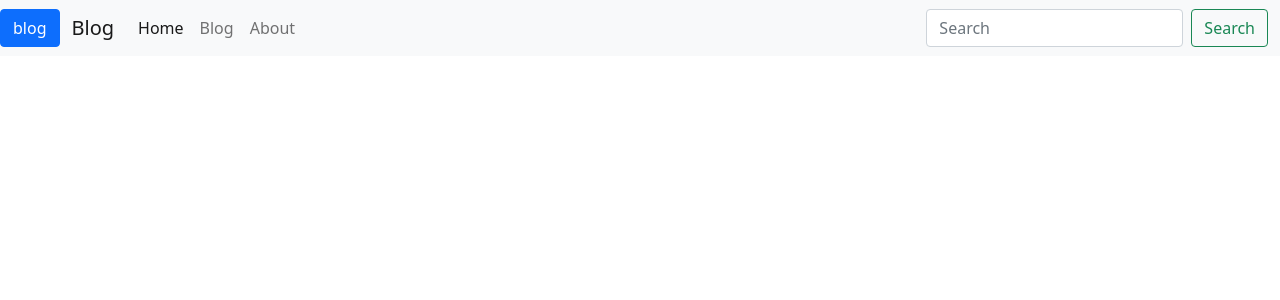
Repository: syni18/bootstrap_blog
Page: index.html
These files come from the project's save history. The page is drawn as it stood at one moment and after the next save; the edit follows.
The browser window is 1280 px wide. The pictures show the whole page.

Above is the page before, as saved 2023-10-25 20:37:15.

### index.html
<!DOCTYPE html>
<html lang="en">
  <head>
    <meta charset="UTF-8" />
    <meta name="viewport" content="width=device-width, initial-scale=1.0" />
    <link
      href="https://cdn.jsdelivr.net/npm/bootstrap@5.0.2/dist/css/bootstrap.min.css"
      rel="stylesheet"
      integrity="sha384-EVSTQN3/azprG1Anm3QDgpJLIm9Nao0Yz1ztcQTwFspd3yD65VohhpuuCOmLASjC"
      crossorigin="anonymous"
    />
    <script
      src="https://cdn.jsdelivr.net/npm/bootstrap@5.0.2/dist/js/bootstrap.bundle.min.js"
      integrity="sha384-MrcW6ZMFYlzcLA8Nl+NtUVF0sA7MsXsP1UyJoMp4YLEuNSfAP+JcXn/tWtIaxVXM"
      crossorigin="anonymous"
    ></script>
    <title>Blogging</title>
  </head>
  <body>
    <nav class="navbar navbar-expand-lg navbar-light bg-light">
      <button
        class="btn btn-primary"
        type="button"
        data-bs-toggle="offcanvas"
        data-bs-target="#offcanvasScrolling"
        aria-controls="offcanvasScrolling"
      >
        blog
      </button>

      <div
        class="offcanvas offcanvas-start"
        data-bs-scroll="true"
        data-bs-backdrop="false"
        tabindex="-1"
        id="offcanvasScrolling"
        aria-labelledby="offcanvasScrollingLabel"
      >
        <div class="offcanvas-header">
          <h5 class="offcanvas-title" id="offcanvasScrollingLabel">
            Offcanvas with body scrolling
          </h5>
          <button
            type="button"
            class="btn-close"
            data-bs-dismiss="offcanvas"
            aria-label="Close"
          ></button>
        </div>
        <div class="offcanvas-body">
          <p>
            Try scrolling the rest of the page to see this option in action.
          </p>
        </div>
      </div>
      <div class="container-fluid">
        <a class="navbar-brand" href="#"> Blog </a>
        <button
          class="navbar-toggler"
          type="button"
          data-bs-toggle="collapse"
          data-bs-target="#navbarSupportedContent"
          aria-controls="navbarSupportedContent"
          aria-expanded="false"
          aria-label="Toggle navigation"
        >
          <span class="navbar-toggler-icon"></span>
        </button>
        <div class="collapse navbar-collapse" id="navbarSupportedContent">
          <ul class="navbar-nav me-auto mb-2 mb-lg-0">
            <li class="nav-item">
              <a class="nav-link active" aria-current="page" href="#"> Home </a>
            </li>
            <li class="nav-item">
              <a class="nav-link" href="#"> Blog </a>
            </li>
            <!-- <li class="nav-item dropdown">
              <a
                class="nav-link dropdown-toggle"
                href="#"
                id="navbarDropdown"
                role="button"
                data-bs-toggle="dropdown"
                aria-expanded="false"
              >
                Dropdown
              </a>
              <ul class="dropdown-menu" aria-labelledby="navbarDropdown">
                <li>
                  <a class="dropdown-item" href="#">
                    Action
                  </a>
                </li>
                <li>
                  <a class="dropdown-item" href="#">
                    Another action
                  </a>
                </li>
                <li>
                  <hr class="dropdown-divider" />
                </li>
                <li>
                  <a class="dropdown-item" href="#">
                    Something else here
                  </a>
                </li>
              </ul>
            </li> -->
            <li class="nav-item">
              <a class="nav-link" href="#"> About </a>
            </li>
          </ul>
          <form class="d-flex">
            <input
              class="form-control me-2"
              type="search"
              placeholder="Search"
              aria-label="Search"
            />
            <button class="btn btn-outline-success" type="submit">
              Search
            </button>
          </form>
        </div>
      </div>
    </nav>
  </body>
</html>

After the next save:
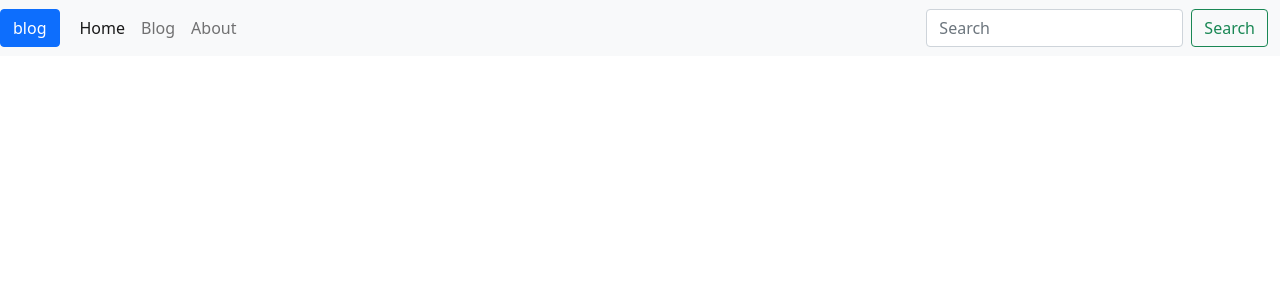
Saved 73 s later.
--- a/index.html
+++ b/index.html
@@ -54,7 +54,7 @@
         </div>
       </div>
       <div class="container-fluid">
-        <a class="navbar-brand" href="#"> Blog </a>
+        <!-- <a class="navbar-brand" href="#"> Blog </a>
         <button
           class="navbar-toggler"
           type="button"
@@ -65,7 +65,7 @@
           aria-label="Toggle navigation"
         >
           <span class="navbar-toggler-icon"></span>
-        </button>
+        </button> -->
         <div class="collapse navbar-collapse" id="navbarSupportedContent">
           <ul class="navbar-nav me-auto mb-2 mb-lg-0">
             <li class="nav-item">
